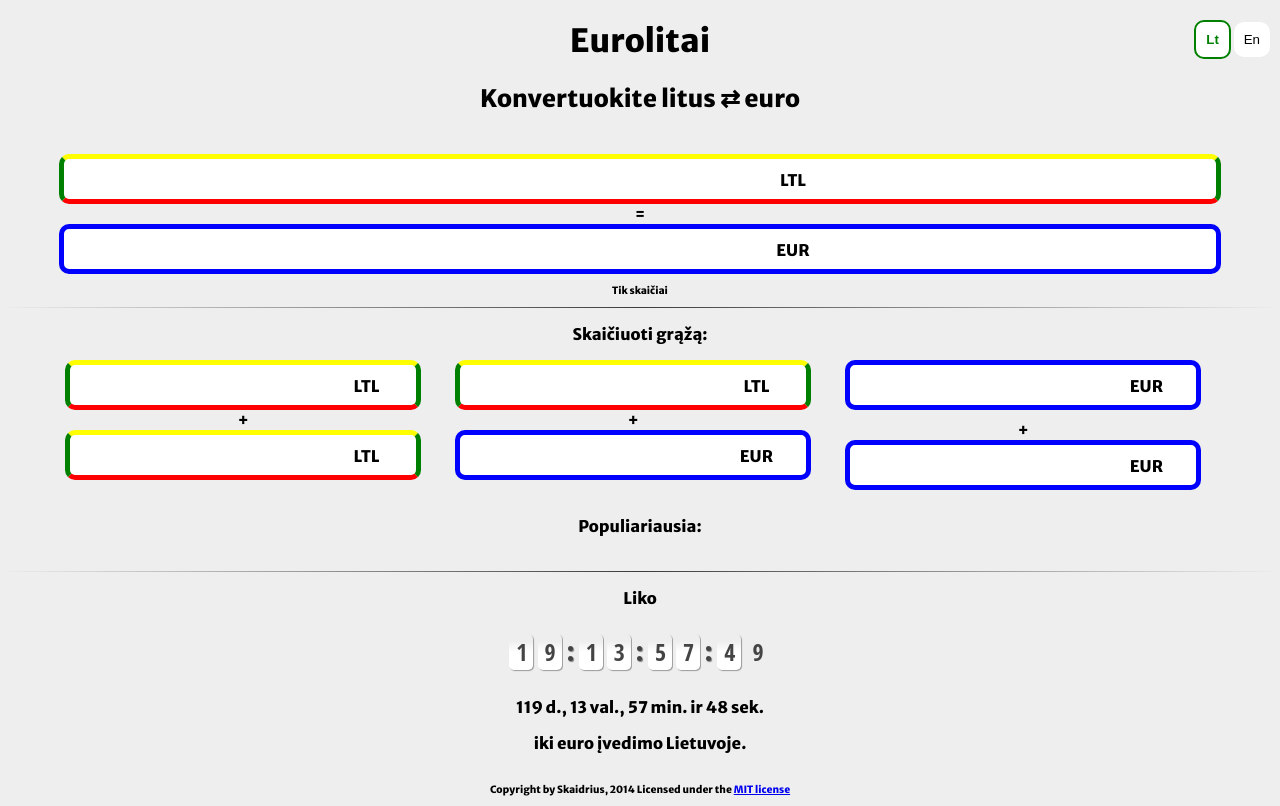
Repository: Skaidrius/eurolitai
Page: index.html
The author's editor kept a record of every edit. The page is drawn from the files as they stood at one moment, then again after the next edit.
The browser window is 1280 px wide. The pictures show the whole page.
Some web libraries are served in a nearby version.

Above is the page before.

### index.html
<!DOCTYPE html>
<html>
  <head>
    <meta charset="utf-8">
    <meta http-equiv="X-UA-Compatible" content="IE=edge,chrome=1">
    <title>Eurolitai</title>
    <meta name="title" content="Eurolitai">
    <meta name="description" content="litų į/iš euro konverteris convert LTL to/from EUR">
    <meta name="viewport" content="width=device-width" scallable="1">
    <link rel="stylesheet" type="text/css" href="style/style.css">

  </head>
  <body class="body">
    <!--calculate LTL <> Eur-->
    <div>
      <h1 class="center">Eurolitai</h1>
        <div class = "languages ">
          <button id="lithuanian" class="button round">Lt</button>
          <button id="english" class="button round">En</button>
        </div>
      <h2 class="center"><span class="lithuanian">Konvertuokite litus &#8644; euro<br> </span><span class="english">Easy convert LTL &#8644; EUR</span></h2><br>
    </div>
    <form class="form center">
      <!--LT box-->
      <div class="box lt round">
        <input class="input center" type="number" id="lt" name="lt">
        <label class="money" for="lt">LTL</label>
      </div>

      <div>&#61;<div>
      <!--En box-->
      <div class="box eur round">
        <input class="input center" type="number" id="eur" name="eur">
        <label class="money" for="eur">EUR</label>
      </div>

      <div id="error" class="alert">
        <p><span class="lithuanian">Tik skaičiai </span><span class="english"> Only numbers</span></p>
      </div>
    </form>
    <hr>
    <!--calculate change-->
    <div class="change">
      <div>
        <p><span class="lithuanian">Skaičiuoti grąžą: </span><span class="english"> Calculate change:</span></p>
        <div id="changeCalculator">
          <div class="third">
            <div class="box lt round">
              <input class="input center" type="number" id="changeLtLt1" name="lt">
              <label class="money" for="lt">LTL</label>
            </div>
            <div>+</div>
            <div class="box lt round">
              <input class="input center" type="number" id="changeLtLt2" name="lt">
              <label class="money" for="lt">LTL</label>
            </div>
          </div>
          <div class="third">
            <div class="box lt round">
              <input class="input center" type="number" id="changeLt" name="lt">
              <label class="money" for="lt">LTL</label>
            </div>
            <div>+</div>
            <div class="box eur round">
              <input class="input center" type="number" id="changeEur" name="eur">
              <label class="money" for="eur">EUR</label>
            </div>
          </div>
          <div class="third">
            <div class="box eur round">
              <input class="input center" type="number" id="changeEurEur1" name="eur">
              <label class="money" for="eur">EUR</label>
            </div>
            <div>+</div>
            <div class="box eur round">
              <input class="input center" type="number" id="changeEurEur2" name="eur">
              <label class="money" for="eur">EUR</label>
            </div>
          </div>
        </div>
      </div>
    </div>
      <!--explain change-->
    <div>
      <div id="explain"></div>
    </div>

    <div class="popular">
      <p><span class="lithuanian">Populiariausia: </span><span class="english"> Popular picks:</span></p>
      <ul class = "lteur"></ul>
      <ul class = "eurlt"></ul>
    </div>
    <hr>

    <!--countdown 'till 2015-01-01-->
    <div class = "center">
      <p><span class="english center">Until Euro in Lithuania </span>
      <span class="lithuanian center">Liko </span></p>
    </div>
		<div id="countdown"></div>

		<p id="note"></p>

      <div class="left">
        <span class="lithuanian center">iki euro įvedimo Lietuvoje.</span>
        <span class="english center">left.</span>
      </div>
    <script type="text/javascript" src="https://code.jquery.com/jquery-1.11.1.min.js"></script>
    <script type="text/javascript" src="script/main.js"></script>
    <script type="text/javascript" src="script/script.js"></script>
    <script type="text/javascript" src="script/countdown.js"></script>
  </body>
  <footer class="down center">Copyright by Skaidrius, 2014 Licensed under the <a href="http://opensource.org/licenses/MIT">MIT license</a></footer>
</html>

### style/style.css
@import url(http://fonts.googleapis.com/css?family=Merriweather+Sans:400,800&subset=latin,latin-ext);

/*body*/
.body {
  width:100%;
  margin: 0 auto;
  font: bold 16px 'Merriweather Sans', sans-serif;
  background: #eee;
  overflow-x: none;
}

#countDownBlock {
  padding: 10px;
}

.button {   padding: 10px;
  background: white;
  border: 3px #000;
}

.center {
  text-align: center;
  clear: both;
}

.box {
  text-align: center;
  background: white;
  margin: 0 auto;
  position: relative;
  max-width: 90%;
}

.input {
  display: inline-block;
  max-width: 65%;
  padding: 8px 12px;
  margin: 0;
  font-size: 1.3em;
  font-weight: bold;
  border: 0;
  position: relative;
  outline: 0;
  color: #53f;
}

.round {   border-radius: 10px; }

.active {
  border: 2px solid green;
  background: white;
  color: green;
  font-weight: bold;
}

.lt {
  border-top: 5px solid yellow;
  border-left: 5px solid green;
  border-right: 5px solid green;
  border-bottom: 5px solid red;
}

.eur {
  border: 5px solid blue;
  margin-bottom: 10px;
}

.money {
  padding-right: 5px;
}

.input::-webkit-outer-spin-button,
.input::-webkit-inner-spin-button {
    /* display: none; <- Crashes Chrome on hover */
    -webkit-appearance: none;
    margin: 0; /* <-- Apparently some margin are still there even though it's hidden */
}

.error {
  display: inline-block;
  font-size: 1em;
  font-weight: bold;
  padding: 10px;
  margin: 0 auto;
  margin-bottom: 1em;
  color: white;
  background-color: red;
}

.visible {  visibility: visible; }

.hidden { display: none; }

.languages {
  position: absolute;
  right: 10px;
  top: 20px;
}

.alert {   font-size: 10px; }

#countdown {
  margin: 10px auto;
}

.countdownHolder{
  padding-top: 10px;
	margin:0 auto;
	font: 24px/1.5 'Open Sans Condensed',sans-serif;
	text-align:center;
	letter-spacing:-3px;
}

.position{
	display: inline-block;
	height: 1.6em;
	overflow: hidden;
	position: relative;
	width: 1.05em;
}

.digit{
	position:absolute;
	display:block;
	width:1em;
	background-color:#eee;
	border-radius:0.2em;
	text-align:center;
	color:#444;
	letter-spacing:-1px;
}

.digit.static{
	box-shadow:1px 1px 1px rgba(4, 4, 4, 0.35);

	background-image: linear-gradient(bottom, #3A3A3A 50%, #444444 50%);
	background-image: -o-linear-gradient(bottom, #3A3A3A 50%, #444444 50%);
	background-image: -moz-linear-gradient(bottom, #3A3A3A 50%, #444444 50%);
	background-image: -webkit-linear-gradient(bottom, #3A3A3A 50%, #444444 50%);
	background-image: -ms-linear-gradient(bottom, #3A3A3A 50%, #444444 50%);

	background-image: -webkit-gradient(
		linear,
		left bottom,
		left top,
		color-stop(0.8, #eee),
		color-stop(0.5, #fff)
	);
}

/**
 * You can use these classes to hide parts
 * of the countdown that you don't need.
 */

.countDiv{
	display:inline-block;
	width:16px;
	height:1.6em;
	position:relative;
}

.countDiv:before,
.countDiv:after{
	position:absolute;
	width:5px;
	height:5px;
	background-color:#444;
	border-radius:50%;
	left:50%;
	margin-left:-3px;
	top:0.5em;
	box-shadow:1px 1px 1px rgba(4, 4, 4, 0.5);
	content:'';
}

.countDiv:after{
	top:0.9em;
}

.popular {
  display: inline-block;
}

.popular ul {
  margin-top: 0;
  padding: 0 10px;
  float: left;
  font-size: 0.7em;
  font: sans-serif;
}
.popular ul li{
  list-style: none;
}

hr {
    /* http://css-tricks.com/examples/hrs/ */
    border: 0;
    height: 1px;
    background-image: -webkit-linear-gradient(left, rgba(0,0,0,0), rgba(0,0,0,0.75), rgba(0,0,0,0));
    background-image:    -moz-linear-gradient(left, rgba(0,0,0,0), rgba(0,0,0,0.75), rgba(0,0,0,0));
    background-image:     -ms-linear-gradient(left, rgba(0,0,0,0), rgba(0,0,0,0.75), rgba(0,0,0,0));
    background-image:      -o-linear-gradient(left, rgba(0,0,0,0), rgba(0,0,0,0.75), rgba(0,0,0,0));
}
#showChange {
  margin-bottom: 10px;
}


.down {
  font-size: 10px;
  padding: 30px 0 10px 0;
}

.third:first-child{
  padding-left: 4%;
}
.changeCalculator:after{
  content: '';
  display:table;
  clear: both;
}
.changeCalculator {
  width: 100%;
}
.third {
  width: 30%;
  padding: 0 3px;
  float: left;
}
.explain:before {
  clear: both;
}

### script/main.js
(function($) {

  var ltInp = $('#lt'),
      eurInp = $('#eur'),
      changeLtLt1Inp = $('#changeLtLt1'),
      changeLtLt2Inp = $('#changeLtLt2'),
      changeLtInp = $('#changeLt'),
      changeEurInp = $('#changeEur'),
      changeEurEur1Inp = $('#changeEurEur1'),
      changeEurEur2Inp = $('#changeEurEur2'),
      lithuanianInp = $("#lithuanian"),
      englishInp = $("#english"),
      error = $('#error');

  // initialisation
  $(".english").addClass("hidden");
  lithuanianInp.addClass("active");

  //change language
  lithuanianInp.click(function(){
    $(this).addClass("active");
    englishInp.removeClass("active");
    $(".english").hide();
    $(".lithuanian").show();
  });
  englishInp.click(function(){
    $(this).addClass("active");
    lithuanianInp.removeClass("active");
    $(".lithuanian").hide();
    $(".english").show();
  });

  var show = function(){
    $(this).removeClass("hidden").addClass("visible");
  };

  var hide = function(){
    $(this).removeClass("visible").addClass("hidden");
  };

  // convert currency functions
  var toEur = function(lt){
    var eur;
    eur = (lt / 3.4528).toFixed(2);
    return eur;
  };

  var toLt = function(eur){
    var lt;
    lt = (eur * 3.4528).toFixed(2);
    return lt;
  };

  //convert currencies
  ltInp.keyup(function () {
    var lt = $(this).val(),
        eur = toEur(lt);
    if ($.isNumeric(lt)) {
      hideError();
      eurInp.val(eur).toString().replace(".", ",");
      showNumbers();
    } else {
      showError();
    }
  });

  eurInp.keyup(function () {
    var eur = $(this).val(),
        lt = toLt(eur);
    if ($.isNumeric(eur)) {
      hideError();
      ltInp.val(lt).toString().replace(".", ",");
      showNumbers();
    } else {
      showError();
    }
  });

  var hideError = function(){
    error.addClass("hidden");
    clear();
  };
  var showError = function() {
    error.removeClass("hidden").addClass("error");
  };

  //clearing functions
  var clear = function(){
    changeLtLt1Inp.val('');
    changeLtLt2Inp.val('');
    changeLtInp.val('');
    changeEurInp.val('');
    changeEurEur1Inp.val('');
    changeEurEur2Inp.val('');
  };
  var clear1 = function(){
    changeLtInp.val('');
    changeEurInp.val('');
    changeEurEur1Inp.val('');
    changeEurEur2Inp.val('');
  };
  var clear2 = function(){
    changeLtLt1Inp.val('');
    changeLtLt2Inp.val('');
    changeEurEur1Inp.val('');
    changeEurEur2Inp.val('');
  };
  var clear3 = function(){
    changeLtLt1Inp.val('');
    changeLtLt2Inp.val('');
    changeLtInp.val('');
    changeEurInp.val('');
  };

  // currency change calculator
  // first conversion LTL(EUR)=LTL+LTL
  changeLtLt1Inp.keyup(function () {
    clear1();
    var change,
        lt = $(this).val();
    change =  (ltInp.val() - lt).toFixed(2);
    changeLtLt2Inp.val(change).toString().replace(".", ",");
    showNumbers();
  });

  changeLtLt2Inp.keyup(function () {
    clear1();
    var change,
        lt = $(this).val();
    change = (ltInp.val() - lt).toFixed(2);
    changeLtLt1Inp.val(change).toString().replace(".", ",");
    showNumbers();
  });

  // second conversion LTL(EUR)=LTL+EUR
  changeLtInp.keyup(function () {
    clear2();
    var change,
        lt = $(this).val();
    change =  toEur(ltInp.val() - lt);
    changeEurInp.val(change).toString().replace(".", ",");
    showNumbers();
  });

  changeEurInp.keyup(function () {
    clear2();
    var change,
        eur = $(this).val();
    change = toLt(eurInp.val() - eur);
    changeLtInp.val(change).toString().replace(".", ",");
    showNumbers();
  });

  // third conversion LTL(EUR)=EUR+EUR
  changeEurEur1Inp.keyup(function () {
    clear3();
    var change,
        eur = $(this).val();
    change = (eurInp.val() - eur).toFixed(2);
    changeEurEur2Inp.val(change).toString().replace(".", ",");
    showNumbers();
  });

  changeEurEur2Inp.keyup(function () {
    clear3();
    var change,
        eur = $(this).val();
    change = (eurInp.val() - eur).toFixed(2);
    changeEurEur1Inp.val(change).toString().replace(".", ",");
    showNumbers();
  });

  // show calculation
  var showNumbers = function(){
    var explain = $('#explain'),
        lts = ltInp.val().toString().replace(".", ","),
        eurs = eurInp.val().toString().replace(".", ","),
        changeLtLt1 = changeLtLt1Inp.val().toString().replace(".", ","),
        changeLtLt2 = changeLtLt2Inp.val().toString().replace(".", ","),
        changeEurs = changeEurInp.val().toString().replace(".", ","),
        changeLts = changeLtInp.val().toString().replace(".", ","),
        changeEurEur1 = changeEurEur1Inp.val().toString().replace(".", ","),
        changeEurEur2 = changeEurEur2Inp.val().toString().replace(".", ","),
        calculationText;
    if (changeLtLt1 !=="" && changeLtLt2 !=="") {
      calculationText = "<p>" + lts +" Lt (" + eurs + " Eur) = " + changeLtLt1 +" Lt + " + changeLtLt2 + " Lt" + "</p>";
    } else if (changeEurs !=="" && changeLts !=="") {
      calculationText = "<p>" + lts +" Lt (" + eurs + " Eur) = " + changeLts +" Lt + " + changeEurs + " Eur" + "</p>";
    } else if (changeEurEur1 !=="" && changeEurEur2!=="" ) {
      calculationText = "<p>" + lts +" Lt (" + eurs + " Eur) = " + changeEurEur1 +" Eur + " + changeEurEur2 + " Eur" + "</p>";
    } else {
      calculationText = "<p>" + lts +" Lt (" + eurs + " Eur) " + "</p>";
    }
    explain.html(calculationText);
  };

}) (jQuery);

### script/script.js
/**
 * @name		jQuery Countdown Plugin
 * @author		Martin Angelov
 * @version 	1.0
 * @url			http://tutorialzine.com/2011/12/countdown-jquery/
 * @license		MIT License
 */

$(function(){

	var note = $('#note'),
		ts = new Date(2015, 0, 1);


	if((new Date()) > ts){
		// Notice the *1000 at the end - time must be in milliseconds
		ts = (new Date()).getTime();
	}

	$('#countdown').countdown({
		timestamp	: ts,
		callback	: function(days, hours, minutes, seconds){

			var message = "";
				if ($('#english').hasClass("active")){
				message += days + " day" + ( days==1 ? '':'s' );
				message += hours + " hour" + ( hours==1 ? '':'s' );
				message += minutes + " minute" + ( minutes==1 ? '':'s' ) + " and ";
				message += seconds + " second" + ( seconds==1 ? '':'s' ) ;
				} else {
				message += days + " d." + ", ";
				message += hours + " val." + ", ";
				message += minutes + " min." + " ir ";
				message += seconds + " sek.";
				}

			note.html(message);
		}
	});

});

### script/countdown.js
/**
 * @name		jQuery Countdown Plugin
 * @author		Martin Angelov
 * @version 	1.0
 * @url			http://tutorialzine.com/2011/12/countdown-jquery/
 * @license		MIT License
 */

(function($){
	// Number of seconds in every time division
	var days	= 24*60*60,
		hours	= 60*60,
		minutes	= 60;

	// Creating the plugin
	$.fn.countdown = function(prop){
		var options = $.extend({
			callback	: function(){},
			timestamp	: 0
		},prop);

		var left, d, h, m, s, positions;

		// Initialize the plugin
		init(this, options);

		positions = this.find('.position');

		(function tick(){

			// Time left
			left = Math.floor((options.timestamp - (new Date())) / 1000);

			if(left < 0){
				left = 0;
			}

			// Number of days left
			d = Math.floor(left / days);

			updateDuoDays(0, 1, d);
			left -= d*days;

			// Number of hours left
			h = Math.floor(left / hours);
			updateDuo(2, 3, h);
			left -= h*hours;

			// Number of minutes left
			m = Math.floor(left / minutes);
			updateDuo(4, 5, m);
			left -= m*minutes;

			// Number of seconds left
			s = left;
			updateDuo(6, 7, s);

			// Calling an optional user supplied callback
			options.callback(d, h, m, s);

			// Scheduling another call of this function in 1s
			setTimeout(tick, 1000);
		})();

		// This function updates two digit positions at once
		function updateDuo(minor,major,value){
			switchDigit(positions.eq(minor),Math.floor(value/10)%10);
			switchDigit(positions.eq(major),value%10);
		}
		function updateDuoDays(minor, major,value){
			switchDigit(positions.eq(minor),Math.floor(value/10)%10);
			switchDigit(positions.eq(major),value%10);
		}


		return this;
	};


	function init(elem, options){
		elem.addClass('countdownHolder');

		// Creating the markup inside the container
		$.each(['Hours','Days','Minutes','Seconds'],function(i){
			$('<span class="count'+this+'">').html(
				'<span class="position">\
					<span class="digit static">0</span>\
				</span>\
				<span class="position">\
					<span class="digit static">0</span>\
				</span>'
			).appendTo(elem);

			if(this!="Seconds"){
				elem.append('<span class="countDiv countDiv'+i+'"></span>');
			}
		});

	}

	// Creates an animated transition between the two numbers
	function switchDigit(position,number){

		var digit = position.find('.digit')

		if(digit.is(':animated')){
			return false;
		}

		if(position.data('digit') == number){
			// We are already showing this number
			return false;
		}

		position.data('digit', number);

		var replacement = $('<span>',{
			'class':'digit',
			css:{
				top:'-2.1em',
				opacity:0
			},
			html:number
		});

		// The .static class is added when the animation
		// completes. This makes it run smoother.

		digit
			.before(replacement)
			.removeClass('static')
			.animate({top:'2.5em',opacity:0},'fast',function(){
				digit.remove();
			})

		replacement
			.delay(100)
			.animate({top:0,opacity:1},'fast',function(){
				replacement.addClass('static');
			});
	}
})(jQuery);

After the next edit:
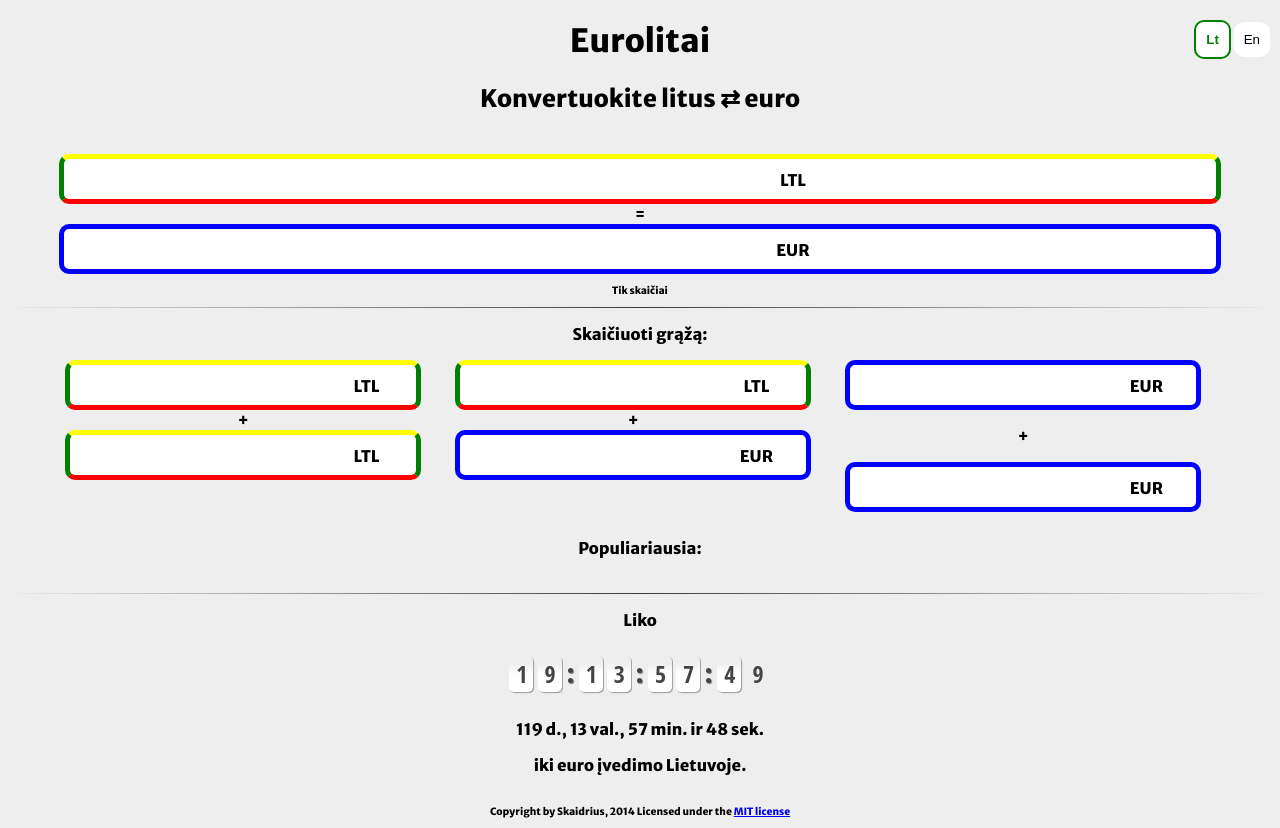
The edit:
--- a/index.html
+++ b/index.html
@@ -71,7 +71,7 @@
               <input class="input center" type="number" id="changeEurEur1" name="eur">
               <label class="money" for="eur">EUR</label>
             </div>
-            <div>+</div>
+            <p>+</p>
             <div class="box eur round">
               <input class="input center" type="number" id="changeEurEur2" name="eur">
               <label class="money" for="eur">EUR</label>
